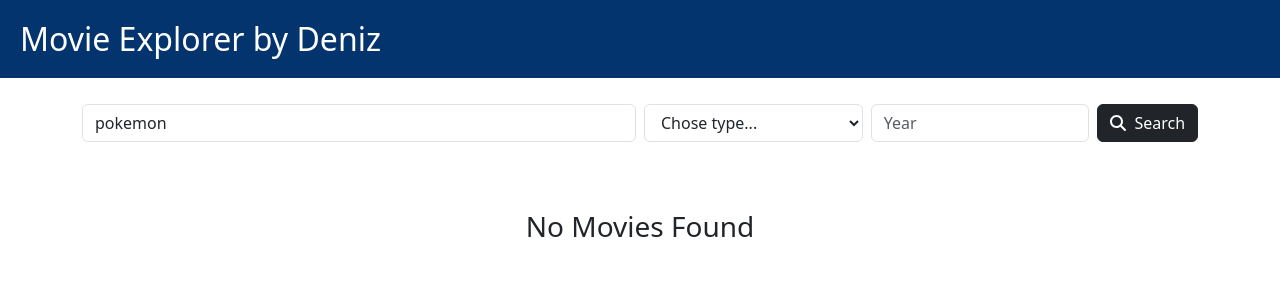
Repository: denizdizi/movie-explorer
Page: /
The author's editor kept a copy of each file at every save. The page is drawn from the files as they stood at one save, then again after the next save.
The browser window is 1280 px wide. The pictures show the whole page.
The page's requests for data from a server got no answer. The project was rebuilt for these pictures with package versions that can differ from the ones it lists, and the page was loaded fresh each time. No one was signed in, and anything a server would have sent is missing. Also part of the build but not shown: src/App.css, src/components/MovieCard.js, src/components/Pagination.js, src/pages/MovieDetail.js.

Above is the page before, as saved 2025-03-29 01:48:12.

After the next save:
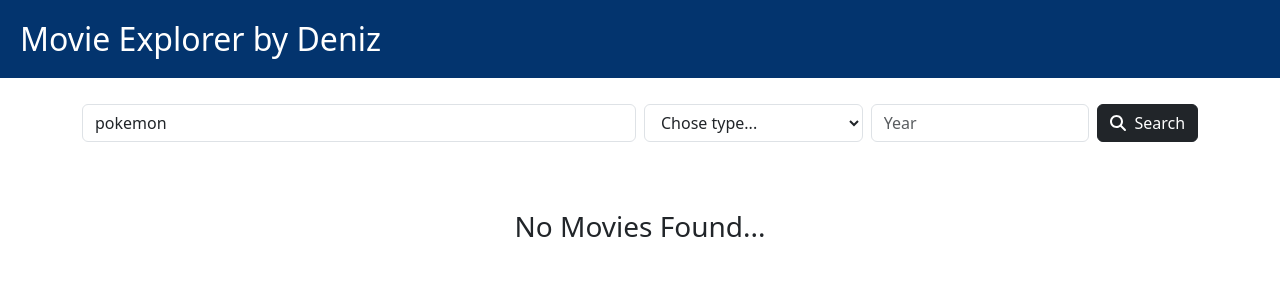
Saved 6 s later.
--- a/src/components/MovieList.js
+++ b/src/components/MovieList.js
@@ -8,7 +8,7 @@ const MovieList = ({ movies }) => {
       <div className="movie-list container mt-4">
         <Row className="g-3 justify-content-center">
           <Col xs={12} className="text-center">
-            <h3>No Movies Found</h3>
+            <h3>No Movies Found...</h3>
           </Col>
         </Row>
       </div>
